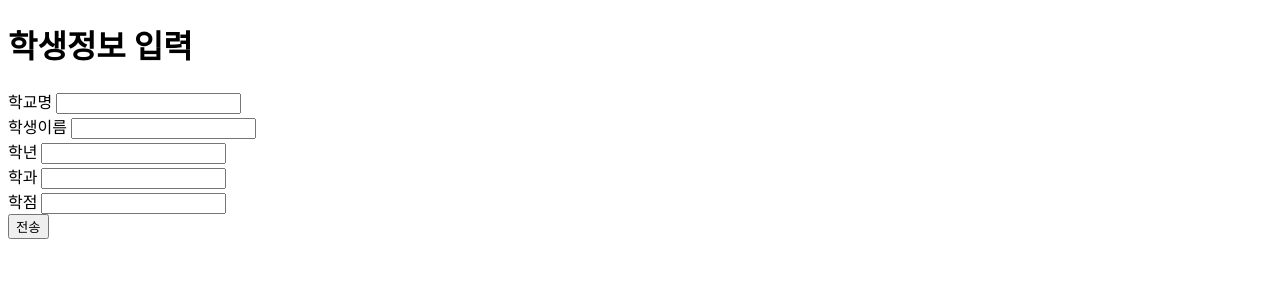
Repository: uni0415/JavaStudy_8452
Page: http://localhost/JspStudy_8452/study/request/view/student_info_show.jsp
An editor plug-in stored every save of this project. The page is shown before and after the next save, followed by the edit.
The browser window is 1280 px wide. The pictures show the whole page.
The page is served by Tomcat 9. Nobody is signed in. The application's start-up code is not run.

Above is the page before, as saved 2022-04-07 01:05:57.

After the next save:
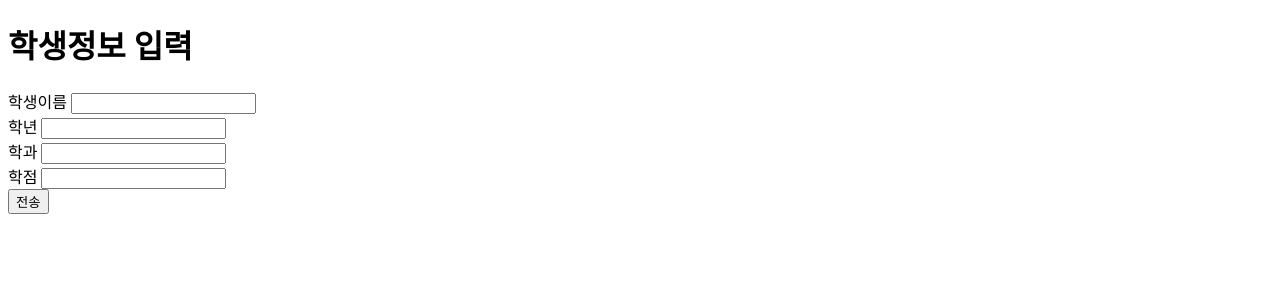
Saved 12 s later.
--- a/JspStudy_8452/src/main/webapp/study/request/view/student_info_show.jsp
+++ b/JspStudy_8452/src/main/webapp/study/request/view/student_info_show.jsp
@@ -8,7 +8,7 @@
 </head>
 <body>
 	<h1>학생정보 입력</h1>
-	<form action="">
+	<form action="" method="get>
 	<div>
 		<label>학교명</label>
 		<input type="text" name="school-name">

After the save that followed:
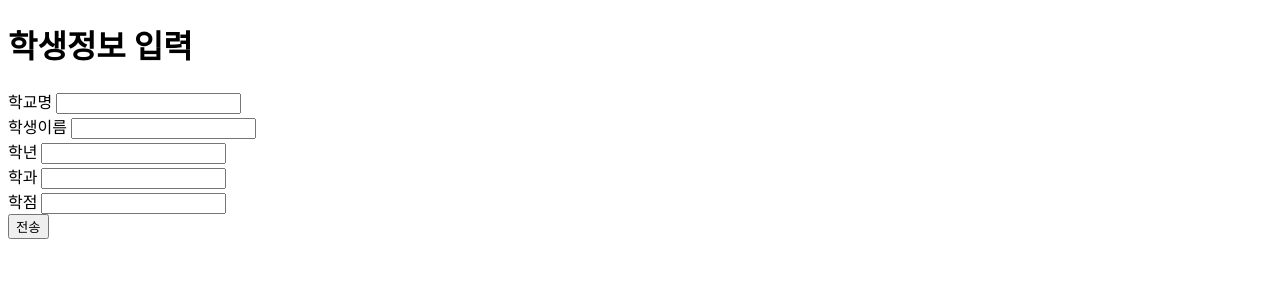
Saved 3 s later.
--- a/JspStudy_8452/src/main/webapp/study/request/view/student_info_show.jsp
+++ b/JspStudy_8452/src/main/webapp/study/request/view/student_info_show.jsp
@@ -8,7 +8,7 @@
 </head>
 <body>
 	<h1>학생정보 입력</h1>
-	<form action="" method="get>
+	<form action="" method="get">
 	<div>
 		<label>학교명</label>
 		<input type="text" name="school-name">
